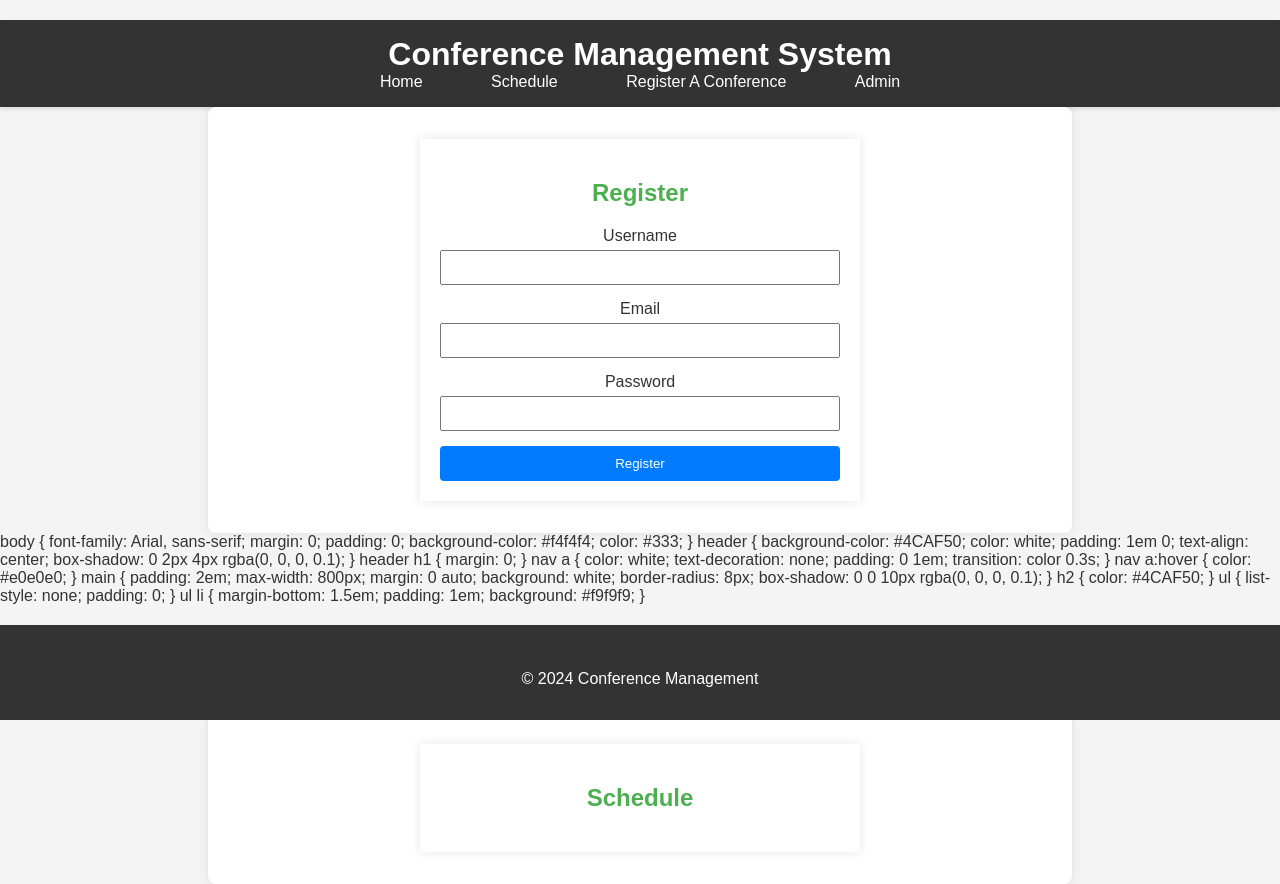
Repository: AMIT1439027/conferenceapp
Page: http://localhost/user_register.php
These files come from the project's save history. The page is drawn as it stood at one moment and after a run of saves; the edit follows.
The browser window is 1280 px wide. The pictures show the whole page.
The page is run by PHP 8.4 with error messages shown; the project is at /var/www/html/. Queries for data that is not in the repository find no rows.

Above is the page before, as saved 2024-05-29 15:29:26.

### user_register.php
<?php
include 'db_connect.php';
session_start();

if ($_SERVER['REQUEST_METHOD'] == 'POST') {
    $username = $_POST['username'];
    $email = $_POST['email'];
    $password = password_hash($_POST['password'], PASSWORD_BCRYPT);

   $stmt = $pdo->prepare("INSERT INTO users(username,email,password) VALUES(?,?,?)");
   $stmt->execute([$username,$email,$password]);
}
?>

<!DOCTYPE html>
<html lang="en">
<head>
    <meta charset="UTF-8">
    <title>Register</title>
    <link rel="stylesheet" href="styles.css">
</head>
<body>
<header>
    <h1>Conference Management System</h1>

    <nav>
        <a href="index.php">Home</a>
        <a href="Schedule.php">Schedule </a>
        <a href="register.php">Register A Conference</a>
        <a href="admin.php">Admin</a>

    </nav>
</header>

<main>
    <div class="form-container">
        <h2>Register</h2>
        <form method="post" action="user_register.php">
            <div class="form-group">
                <label>Username</label>
                <input type="text" name="username" required>
            </div>
            <div class="form-group">
                <label>Email</label>
                <input type="email" name="email" required>
            </div>
            <div class="form-group">
                <label>Password</label>
                <input type="password" name="password" required>
            </div>
            <button type="submit">Register</button>

        </form>
        <!-- <p>Already have an account? <a href="login.php">Login here</a></p> -->
    </div>
    </main>
    <footer>
    <p>&copy; 2024 Conference Management</p>
 </footer>
</body>
</html>


body {
    font-family: Arial, sans-serif;
    margin: 0;
    padding: 0;
    background-color: #f4f4f4;
    color: #333;
}

header {
    background-color: #4CAF50;
    color: white;
    padding: 1em 0;
    text-align: center;
    box-shadow: 0 2px 4px rgba(0, 0, 0, 0.1);
}

header h1 {
    margin: 0;
}

nav a {
    color: white;
    text-decoration: none;
    padding: 0 1em;
    transition: color 0.3s;
}

nav a:hover {
    color: #e0e0e0;
}

main {
    padding: 2em;
    max-width: 800px;
    margin: 0 auto;
    background: white;
    border-radius: 8px;
    box-shadow: 0 0 10px rgba(0, 0, 0, 0.1);
}

h2 {
    color: #4CAF50;
}

ul {
    list-style: none;
    padding: 0;
}

ul li {
    margin-bottom: 1.5em;
    padding: 1em;
    background: #f9f9f9;
}
 <?php
include 'db_connect.php';

$stmt = $pdo->query("SELECT * FROM conferences");
$conferences = $stmt->fetchAll();
?>

<!DOCTYPE html>
<html lang="en">
<head>
    <meta charset="UTF-8">
    <meta name="viewport" content="width=device-width, initial-scale=1.0">
    <title>Schedule</title>
    <link rel="stylesheet" href="styles.css">
</head>
<body>

<header>
    <h1>Conference Management System</h1>
    <nav>
        <a href="index.php">Home</a>
        <a href="schedule.php">Schedule</a>
        <a href="register.php">Register A Conference</a>
        <a href="feedback.php">Feedback</a>
        <!-- <a href="admin.php">Admin</a> -->
    </nav>
</header>
<main>
    <div class="form-container">
        <h2>Schedule</h2>
        <ul>
            <?php foreach($conferences as $conference): ?>
                <li>
                    <h3><?= htmlspecialchars($conference['name']) ?></h3>
                    <p><?= htmlspecialchars($conference['description']) ?></p>
                    <p><?= htmlspecialchars($conference['date']) ?></p>
                    <p>Location: <?= htmlspecialchars($conference['location']) ?></p>
                </li>
            <?php endforeach; ?>
        </ul>
    </div>
</main>

<footer>
    <p>&copy; 2024 Conference Management</p>
</footer>

</body>
</html>

### db_connect.php
<?php
$servername = "localhost";
$username = "root";
$password = "mysql143";
$dbname = "conference_db";

// Create connection
// $conn = new mysqli($servername, $username, $password, $dbname);

// // Check connection
// if ($conn->connect_error) {
//     die("Connection failed: " . $conn->connect_error);
// }
try{
    $pdo = new PDO("mysql:host=$servername;dbname=$dbname", $username, $password );
   $pdo->setAttribute(PDO::ATTR_ERRMODE, PDO::ERRMODE_EXCEPTION);
}
catch(PDOException $e){
   die("connection Failed");
}


?>

### styles.css

body {
    font-family: Arial, sans-serif;
    background-color: #f4f4f4;
    margin: 0;
    padding: 0;
    /* background-color: #f4f4f4; */
    color: #333;
}
/*  new css */
 header {
    background-color: #4CAF50;
    color: white;
    padding: 1em 0;
    margin-top: 20px;
    text-align: center;
    box-shadow: 0 2px 4px rgba(0, 0, 0, 0.1);
}

header h1 {
    margin: 0;
}

nav a {
    color: white;
    text-decoration: none;
    padding: 0 1em;
    transition: color 0.3s;
}

nav a:hover {
    color: #e0e0e0;
}

main {
    padding: 2em;
    max-width: 800px;
    margin: 0 auto;
    background: white;
    border-radius: 8px;
    box-shadow: 0 0 10px rgba(0, 0, 0, 0.1);
}

h2 {
    color: #4CAF50;
}

ul {
    list-style: none;
    padding: 0;
}

ul li {
    margin-bottom: 1.5em;
    padding: 1em;
    background: #f9f9f9;
}


/* End CSS */
header{
    background-color: #333333;
    color: #fff;
    padding: 1 em 0;
    text-align: center;

}

nav a{
    color: #fff;
    margin: 0 1rem;
    text-decoration: none;
}

main{
    padding: 2em;
    text-align: center;
}

footer{
    background-color: #333;
    color:#fff;
    padding: 1em 0;
    text-align: center;
    position: fixed;
    bottom: 0;
    width: 100%;
}



.container {
    width: 80%;
    margin: 0 auto;
    padding: 20px;
    background-color: #fff;
    box-shadow: 0 0 10px rgba(0, 0, 0, 0.1);
}

h1 {
    text-align: center;
    margin-bottom: 20px;
}

.table {
    width: 100%;
    margin-bottom: 20px;
    border-collapse: collapse;
}

.table th, .table td {
    border: 1px solid #ddd;
    padding: 8px;
}

.table th {
    background-color: #f2f2f2;
    text-align: left;
}

.food-item {
    border: 1px solid #ddd;
    padding: 10px;
    margin-bottom: 20px;
    text-align: center;
}

.food-item img {
    max-width: 100%;
    height: auto;
}

.form-group {
    margin-bottom: 15px;
}

.form-group label {
    display: block;
    margin-bottom: 5px;
}

.form-group input, .form-group textarea, .form-group select {
    width: 100%;
    padding: 8px;
    box-sizing: border-box;
}

.btn {
    display: inline-block;
    padding: 10px 15px;
    color: #fff;
    background-color: #007BFF;
    text-decoration: none;
    border-radius: 4px;
    margin-right: 10px;
    transition: background-color 0.3s;
}

.btn:hover {
    background-color: #0056b3;
}

.form-container {
    max-width: 400px;
    margin: 0 auto;
    padding: 20px;
    background-color: #fff;
    box-shadow: 0 0 10px rgba(0, 0, 0, 0.1);
}

form {
    display: flex;
    flex-direction: column;
}

button {
    padding: 10px 15px;
    color: #fff;
    background-color: #007BFF;
    border: none;
    cursor: pointer;
    border-radius: 4px;
    transition: background-color 0.3s;
}

button:hover {
    background-color: #0056b3;
}

input[type="number"] {
    width: 50px;
}

After the next 3 saves:
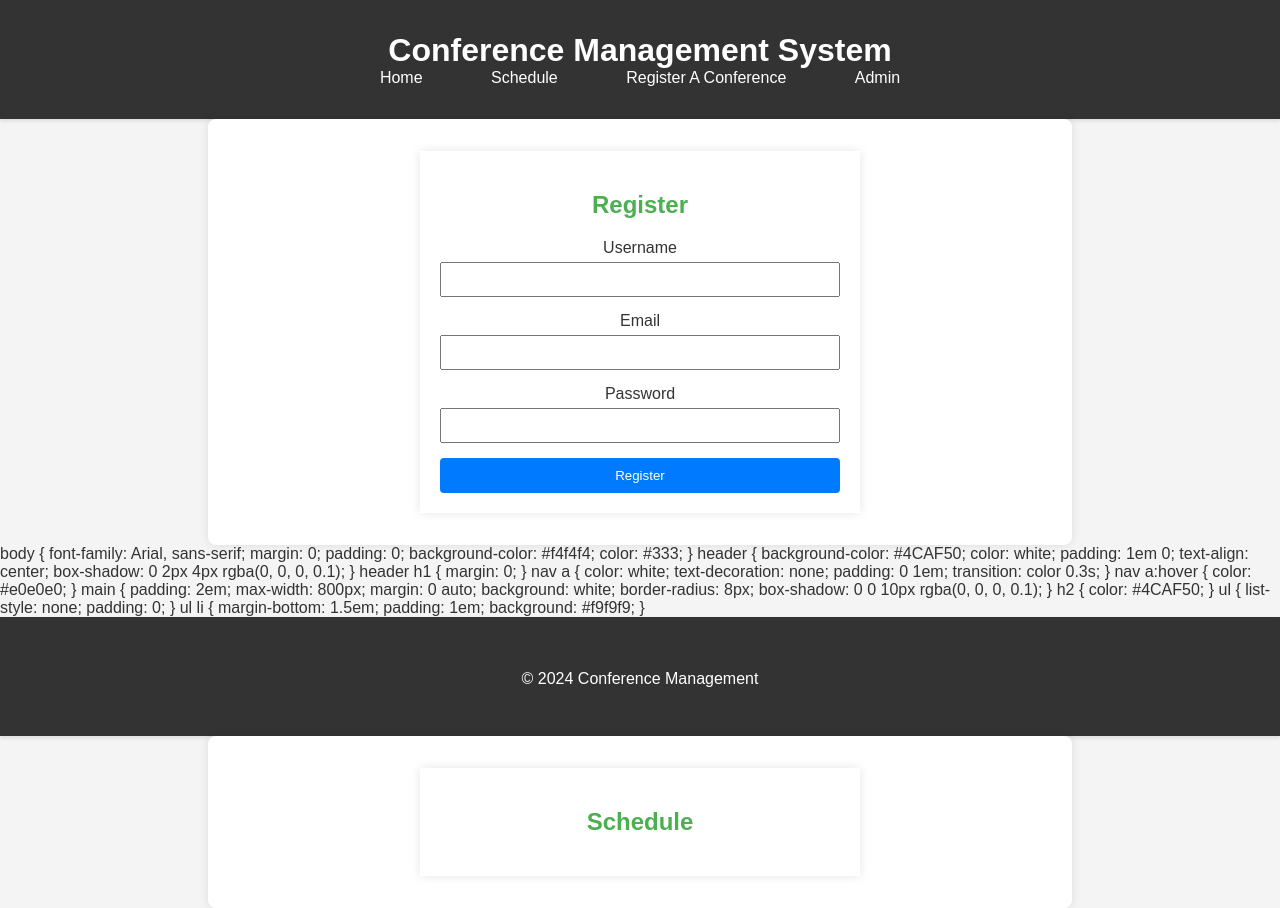
The 3 saves are shown as one change because they came seconds apart.
The last was saved 16 s later.
--- a/styles.css
+++ b/styles.css
@@ -11,8 +11,7 @@ body {
  header {
     background-color: #4CAF50;
     color: white;
-    padding: 1em 0;
-    margin-top: 20px;
+    padding: 2em 0;
     text-align: center;
     box-shadow: 0 2px 4px rgba(0, 0, 0, 0.1);
 }
